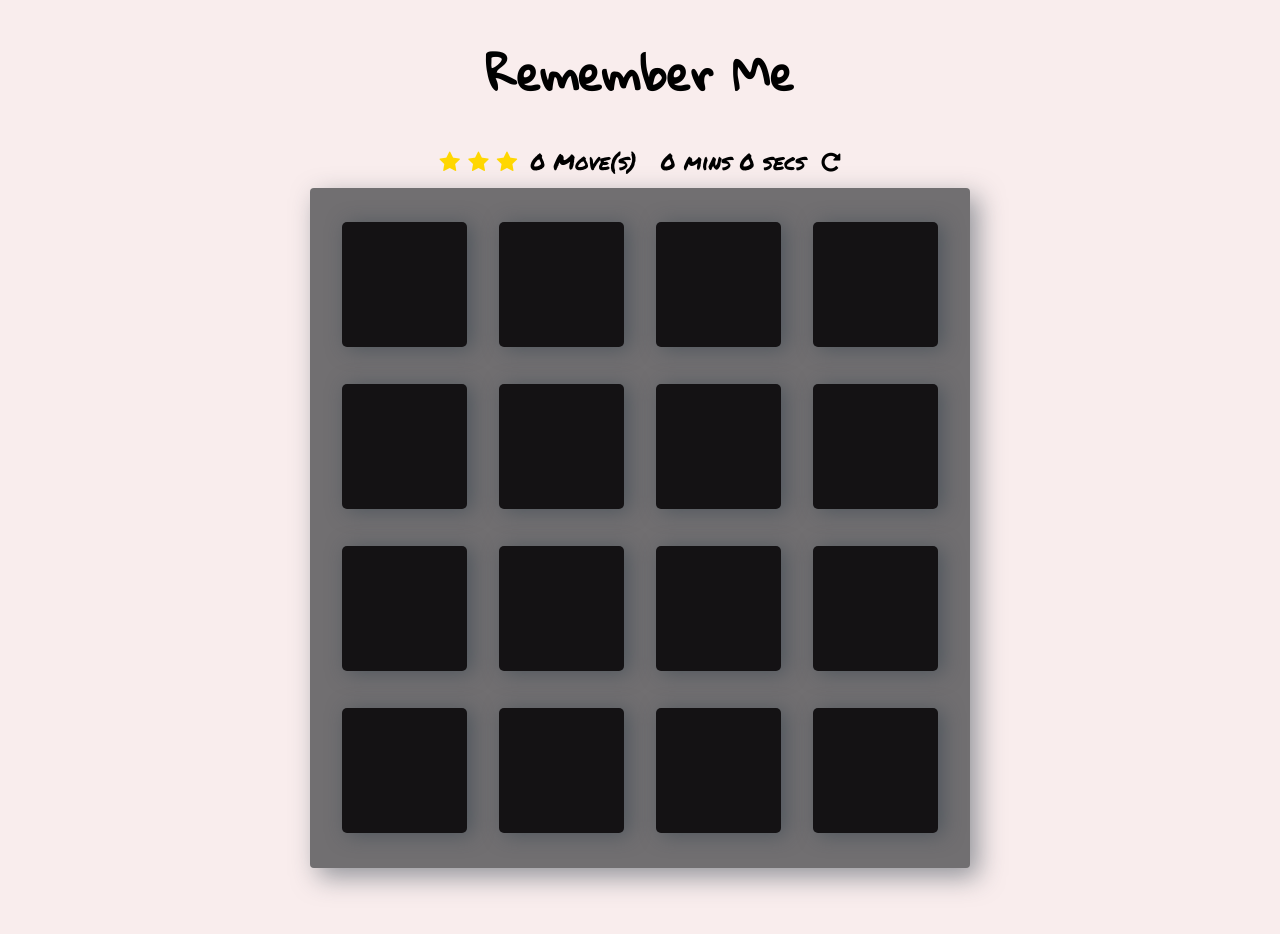
Repository: chrisntaskas/rememberme
Page: index.html
The author's editor kept a record of every edit. The page is drawn from the files as they stood at one moment, then again after the next edit.
The browser window is 1280 px wide. The pictures show the whole page.
Some icons come from a web library that is not loaded, so they are not drawn. Some web fonts or font styles are not loaded; a fallback is used. Some web libraries are served in a nearby version.

Above is the page before.

After the next edit:
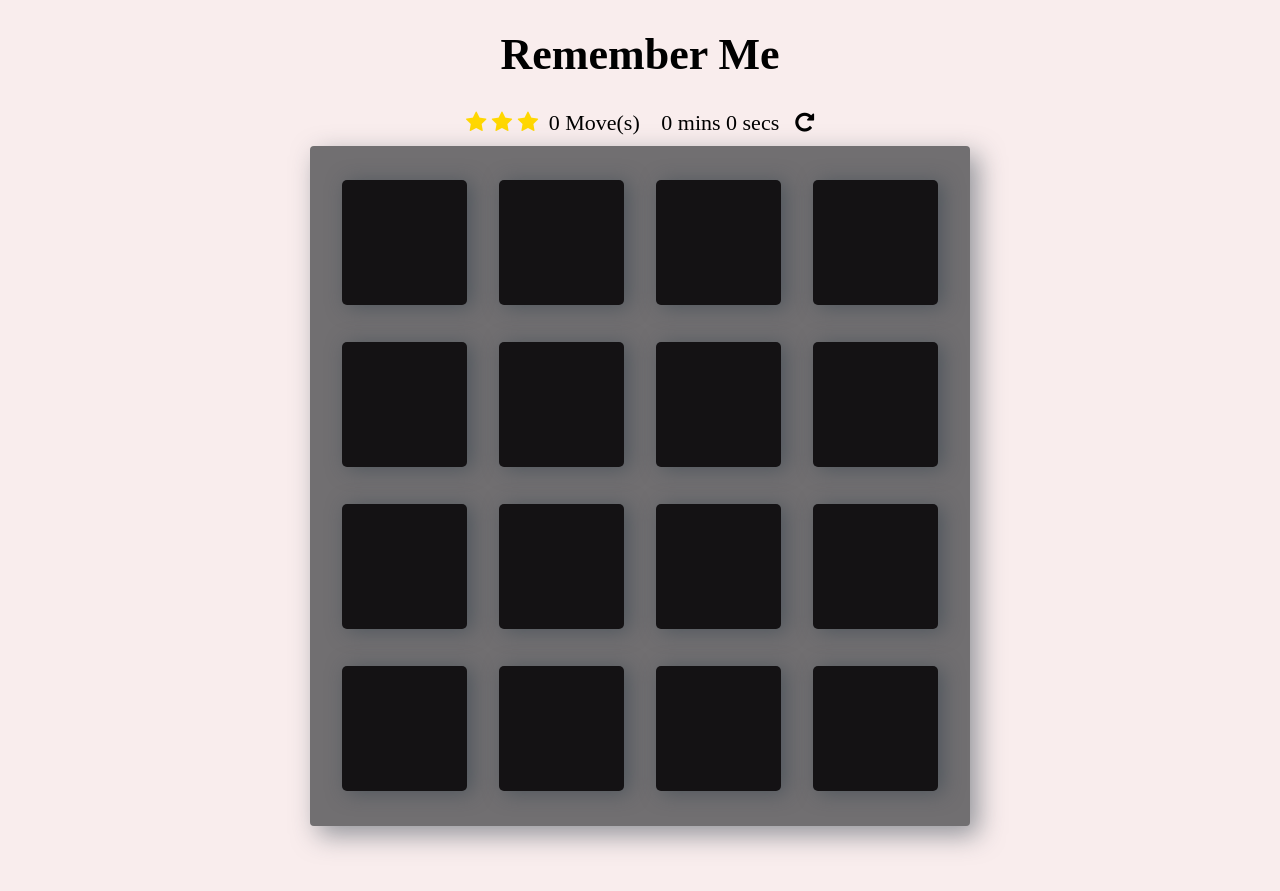
The edit:
--- a/index.html
+++ b/index.html
@@ -7,7 +7,7 @@
     <meta name="viewport" content="width=device-width, initial-scale=1">
     <link rel="stylesheet prefetch" href="https://maxcdn.bootstrapcdn.com/font-awesome/4.6.1/css/font-awesome.min.css">
     <link rel="stylesheet prefetch" href="https://fonts.googleapis.com/css?family=Coda">
-    <link rel="stylesheet prefetch" href="https://fonts.googleapis.com/css?family=Gloria+Hallelujah|Permanent+Marker" >
+    <link href="https://fonts.googleapis.com/css?family=Roboto&display=swap" rel="stylesheet">
     <link rel="stylesheet" href="css/app.css">
 </head>
 <body>
@@ -35,14 +35,14 @@
         </section>
 
         <ul class="deck" id="card-deck">
-            <li class="card" type="adjust">
-                <i class="fas fa-adjust"></i>
+            <li class="card" type="diamond">
+                <i class="fa fa-diamond"></i>
             </li>
-            <li class="card" type="apple">
-                <i class="fas fa-apple-alt"></i>
+            <li class="card" type="plane">
+                <i class="fa fa-paper-plane-o"></i>
             </li>
-            <li class="card match" type="bicycle">
-                <i class="fas fa-bicycle"></i>
+            <li class="card match" type="anchor">
+                <i class="fa fa-anchor"></i>
             </li>
             <li class="card" type="bolt" >
                 <i class="fa fa-bolt"></i>
@@ -50,8 +50,8 @@
             <li class="card" type="cube">
                 <i class="fa fa-cube"></i>
             </li>
-            <li class="card match" type="bicycle">
-                <i class="fas fa-bicycle"></i>
+            <li class="card match" type="anchor">
+                <i class="fa fa-anchor"></i>
             </li>
             <li class="card" type="leaf">
                 <i class="fa fa-leaf"></i>
@@ -59,8 +59,8 @@
             <li class="card" type="bicycle">
                 <i class="fa fa-bicycle"></i>
             </li>
-            <li class="card" type="angellist">
-                <i class="fab fa-angellist"></i>
+            <li class="card" type="diamond">
+                <i class="fa fa-diamond"></i>
             </li>
             <li class="card" type="bomb">
                 <i class="fa fa-bomb"></i>
@@ -77,8 +77,8 @@
             <li class="card" type="bicycle">
                 <i class="fa fa-bicycle"></i>
             </li>
-            <li class="card" type="apple">
-                <i class="fas fa-apple-alt"></i>
+            <li class="card" type="plane">
+                <i class="fa fa-paper-plane-o"></i>
             </li>
             <li class="card" type="cube">
                 <i class="fa fa-cube"></i>
